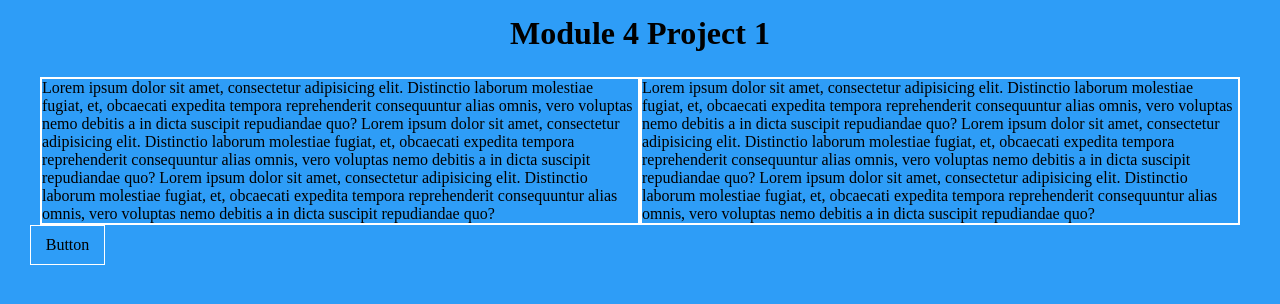
Repository: mlmEFSC21/P6-External-Style-Sheet
Page: index.html
These files come from the project's save history. The page is drawn as it stood at one moment and after the next save; the edit follows.
The browser window is 1280 px wide. The pictures show the whole page.

Above is the page before, as saved 2022-02-09 20:16:31.

After the next save:
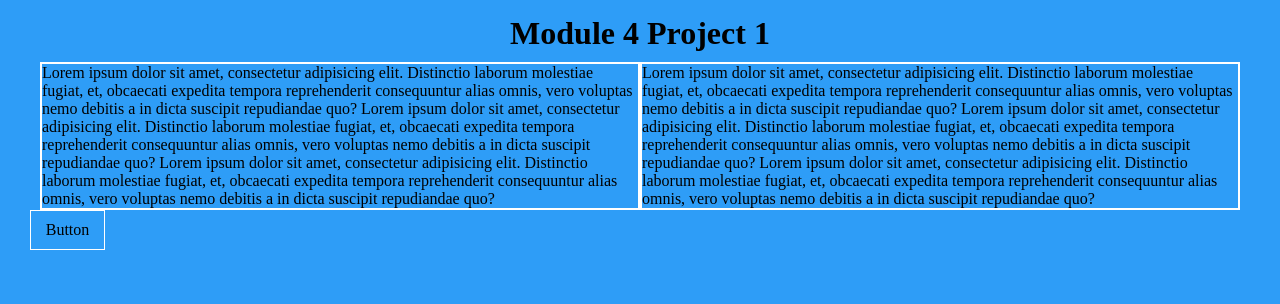
Saved 52 s later.
--- a/Styles.css
+++ b/Styles.css
@@ -16,11 +16,10 @@ header {
 body {
     background-color: var(--clr-background);
     color: black;
-    margin: 10px;
+    margin: 10px 25px;
     padding: 5px;
 }
 div {
-    margin: 15px;
     padding: 10px;
 }
 .p1 {
